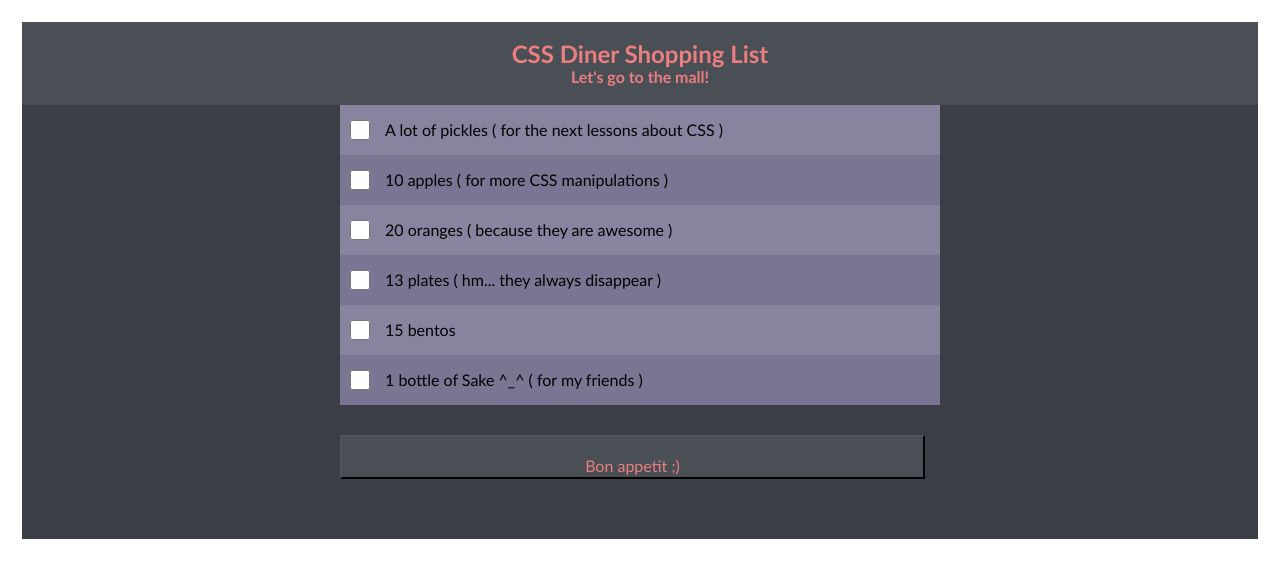
Repository: shpakovskaya/github.io
Page: selector css/shopping list/index.html
These files come from the project's save history. The page is drawn as it stood at one moment and after the next save; the edit follows.
The browser window is 1280 px wide. The pictures show the whole page.

Above is the page before, as saved 2021-11-09 22:29:02.

After the next save:
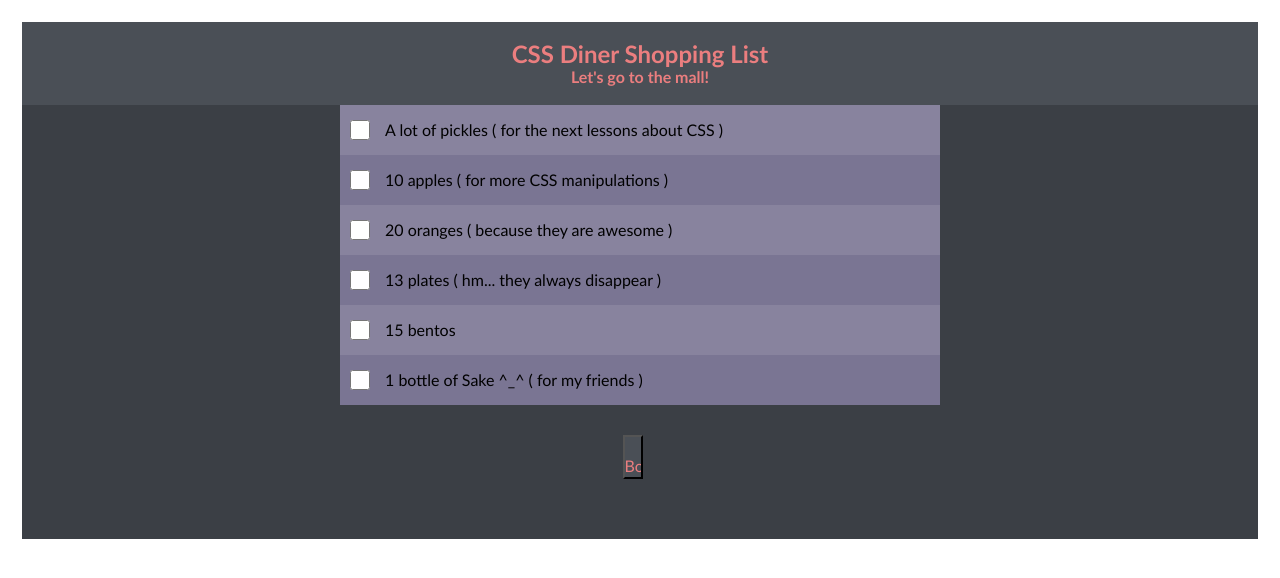
Saved 48 s later.
--- a/selector css/shopping list/style.css
+++ b/selector css/shopping list/style.css
@@ -128,7 +128,7 @@ input {
 }
 
 .bon__wrapper {
-  width: 800px;
+  max-width: 800px;
   /* box-sizing: border-box; */
   background: #4a4f56;
   color: #eb7e7f;
